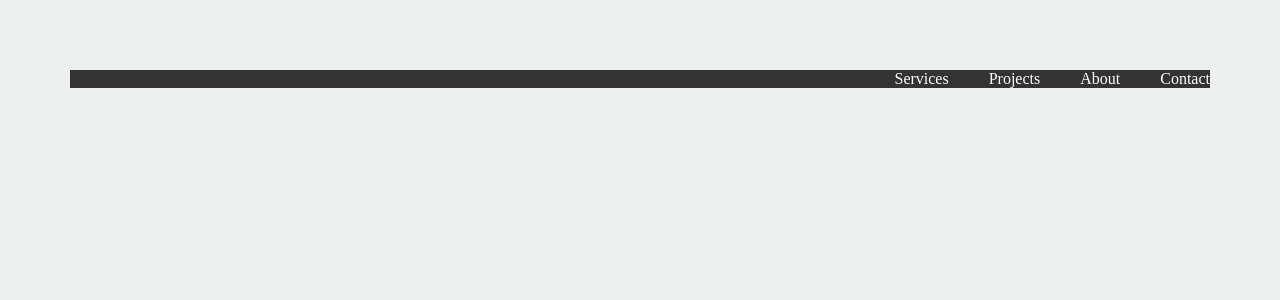
Repository: arifshahriyarnader/css-flexbox
Page: Exercise 1/index.html
An editor plug-in stored every save of this project. The page is shown before and after a run of saves, followed by the edit.
The browser window is 1280 px wide. The pictures show the whole page.

Above is the page before, as saved 2024-06-15 15:41:28.

After the next 2 saves:
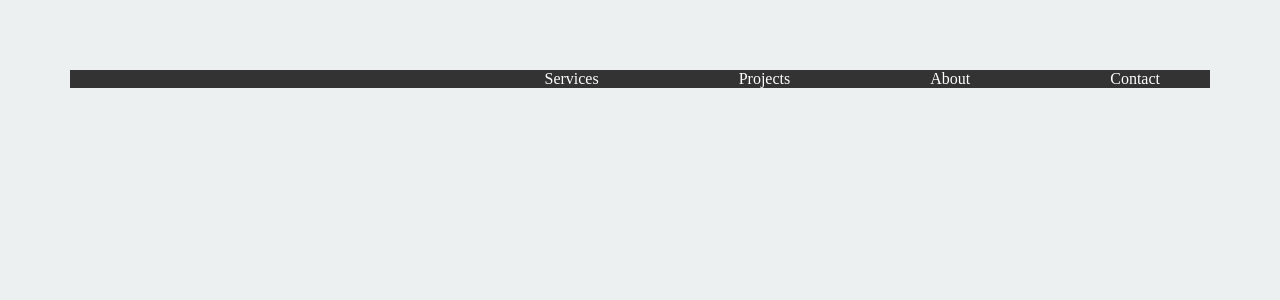
The 2 saves are shown as one change because they came seconds apart.
The last was saved 6 s later.
--- a/Exercise 1/css/style.css
+++ b/Exercise 1/css/style.css
@@ -27,5 +27,5 @@ body{
 
 .leftmenu_link ul li a{
     color:#fff;
-    pading
+    padding: 50px;
 }
